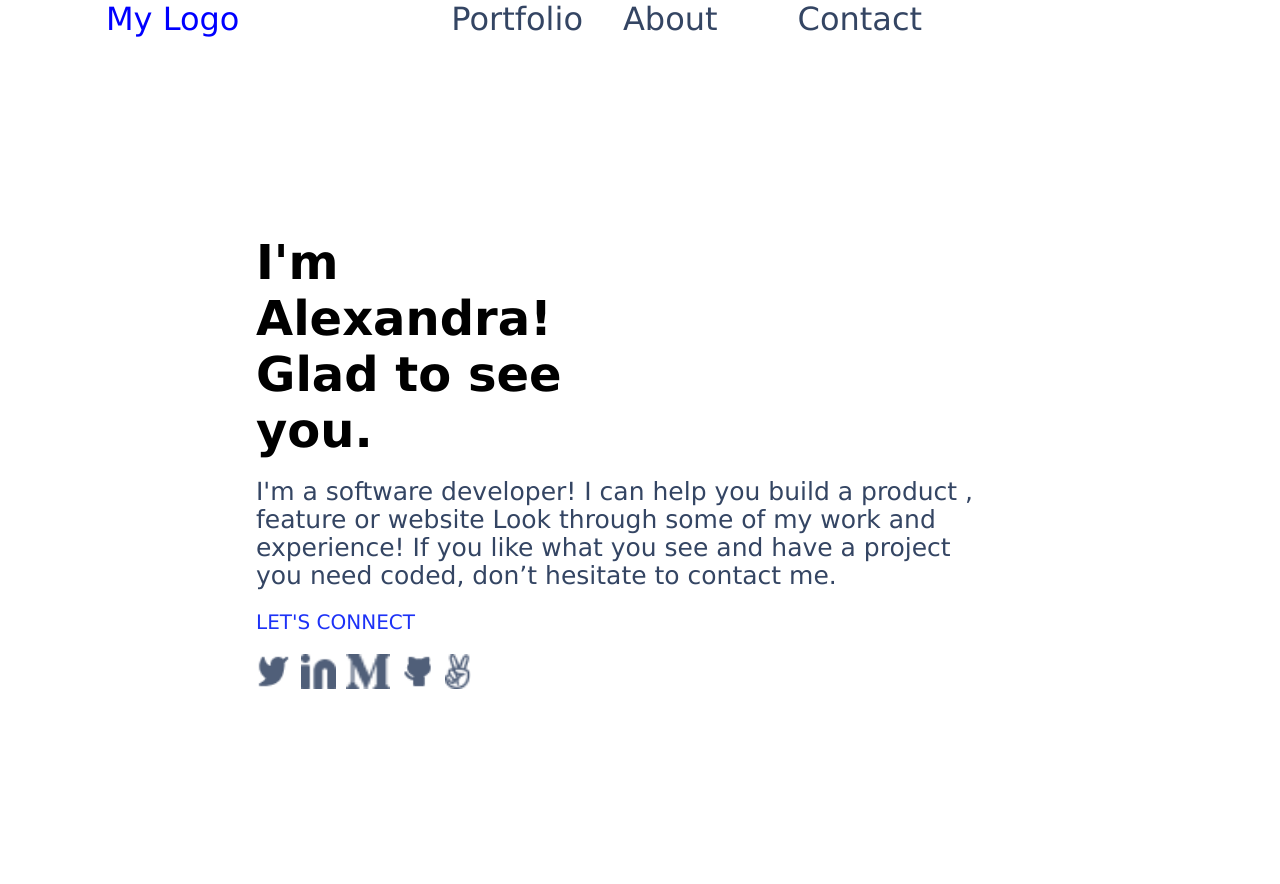
Repository: usman3123/portfolio-template-3
Page: portfolio.html
The author's editor kept a copy of each file at every save. The page is drawn from the files as they stood at one save, then again after the next save.
The browser window is 1280 px wide. The pictures show the whole page.
Some web libraries are served in a nearby version.

Above is the page before, as saved 2025-01-22 10:12:56.

### portfolio.html
<!DOCTYPE html>
<html lang="en">
<head>
  <meta charset="UTF-8">
  <meta name="viewport" content="width=device-width, initial-scale=1.0">
  <title>project 2</title>
  <link rel="stylesheet" href="style.css">
  <link href='https://unpkg.com/boxicons@2.1.4/css/boxicons.min.css' rel='stylesheet'>
  <link rel="stylesheet" href="https://cdnjs.cloudflare.com/ajax/libs/font-awesome/6.6.0/css/all.min.css" integrity="sha512-Kc323vGBEqzTmouAECnVceyQqyqdsSiqLQISBL29aUW4U/M7pSPA/gEUZQqv1cwx4OnYxTxve5UMg5GT6L4JJg==" crossorigin="anonymous" referrerpolicy="no-referrer" />
  <link rel="stylesheet" href="https://cdnjs.cloudflare.com/ajax/libs/font-awesome/6.6.0/css/all.min.css" integrity="sha512-Kc323vGBEqzTmouAECnVceyQqyqdsSiqLQISBL29aUW4U/M7pSPA/gEUZQqv1cwx4OnYxTxve5UMg5GT6L4JJg==" crossorigin="anonymous" referrerpolicy="no-referrer" />

  <link rel="stylesheet" href="https://cdnjs.cloudflare.com/ajax/libs/font-awesome/6.7.2/css/all.min.css">
  <link rel="preconnect" href="https://fonts.googleapis.com">
<link rel="preconnect" href="https://fonts.gstatic.com" crossorigin>
<link href="https://fonts.googleapis.com/css2?family=Poppins:ital,wght@0,100;0,200;0,300;0,400;0,500;0,600;0,700;0,800;0,900;1,100;1,200;1,300;1,400;1,500;1,600;1,700;1,800;1,900&display=swap" rel="stylesheet">
</head>

<body>

  <!-- Navbar -->

  <nav class="navbar flex">
    <p class="mainlogoo">My Logo</p>
    <div class="nav-links flex">
      <a href="#myportfolio" style="text-decoration: none;" class="link">Portfolio</a>
      <a href="#myabout" style="text-decoration: none;" class="link">About<a>
      <a href="#mycontact" style="text-decoration: none;" class="link">Contact<a>
    </div>
    <i class="fa-sharp fa-light fa-bars" id="menu-icon" style="color: #0860f7;"></i>
  </nav>

  <!-- Main Content -->

   <main>



  <section id="myportfolio" class="hero-section flex">
    <div class="hero-content flex">
        <h1 class="hero-head"> I'm Alexandra!
          Glad to see you.
      </h1>
      <p class="hero-p">
         I'm a software developer! I can help you build a product , feature or website Look through  some of my work and experience! If you like what you see and have a project you need coded, don’t hesitate to contact me.
      </p>
     <p class="let-connect"> LET'S CONNECT</p>

      <div class="icons flex">
          <img src="/assets/twitter.png" class="media-icon">
          <img src="assets/Linkedin.png" class="media-icon">
          <img src="assets/M.png" class="media-icon">
          <img src="assets/Github.png" class="media-icon">
          <img src="assets/V.png" class="media-icon">
      </div>
    </div>
  </section>

  <!-- Cards Section -->

  <!-- <section class="cards flex">
  </section>

  <div class="page">
    </div>
     -->


   <!-- ABOUT MYSELF -->

  <!-- <section id="myabout" class="about flex">

    <div class="about-intro flex">
      <h1 style="font-size: 40px;">About Myself</h1>
      <p class="about-paragraph">Hello I'm a software developer! I can help you build a product , feature or website Look through some of my work and experience! If you like what you see and have a project you need coded, don't hesitate to contact me.</p>
        <p class="let-connect">Let's Connect</p>
        <div class="icons flex icon-gap">
          <img src="assets/twitter.png" class="twitter">
          <img src="assets/Linkedin.png" class="inimage">
          <img src="assets/M.png" class="mimage">
          <img src="assets/Github.png" class="tomimage">
          <img src="assets/V.png" class="protocol">
      </div>
      <button class="button rsm-btn"> Get my resume</button>
    </div>

    <div class="about-skills flex">
      <div class="about-all flex">
        <p>Languages</p>
        <i class='bx bx-chevron-down'></i>
      </div>
      <div class="about-lang flex">
        <div class="about-lang-img flex">
          <i class="fa-brands fa-js" style="color: #ff0000;"></i>
          <p>JavaScript</p>
        </div>
        <div class="about-lang-img flex">
          <i class="fa-brands fa-html5" style="color: #FFD43B;"></i>
          <p>Html</p>

        </div>
        <div class="about-lang-img flex">
          <i class="fa-brands fa-css3-alt" style="color: #74C0FC;"></i>
          <p>css</p>
        </div>
      </div>
      <div class="about-all flex">
        <p> Frameworks</p>
        <i class='bx bx-chevron-right'></i>
      </div>
      <div class="about-all flex">
        <p>Skills</p>
        <i class='bx bx-chevron-right'></i>
        </div>
        </div>
        <div class="contact-section flex">
            <h4 class="contact-paragraph">I'm always interested in hearing about new projects, so if you'd like to chat please get in touch.</h4>
            <form action="submit-form" class="contact-form flex">
                <div class="names flex">
                    <input type="text" placeholder="Full name" class="first-name">
                    <input type="text" placeholder="last name" class="last-name">
      </div>
        <div class="contact-section flex">
            <h4 class="contact-paragraph">I'm always interested in hearing about new projects, so if you'd like to chat please get in touch.</h4>
            <form action="submit-form" class="contact-form flex">
                <div class="names flex">
                    <input type="text" placeholder="Full name" class="first-name">
                    <input type="text" placeholder="last name" class="last-name">
    </div>
  </section> -->

  <!-- Contact section -->

  <!-- <section id="mycontact" class="contact-section">
    <h1 class="contact-heading">Contact Me</h1>
    <p class="contact-description">
        If you have an application you are interested in developing, a feature that you need built, or a project that needs coding, I'd love to help with it!
    </p>
    <form class="contact-form">
        <input class="form-input" type="text" placeholder="Your Name">
        <input class="form-input" type="email" placeholder="Your Email">
        <textarea class="form-message" placeholder="Write your message here..."></textarea>
        <button class="form-button">Get in Touch</button>
    </form>

</section>

</main> -->

<script src="index.js"></script>
</body>
</html>

### style.css
*{
    margin: 0;
    padding: 0;
    box-sizing: border-box;
}
body {
    font-family: Verdana, Geneva, Tahoma, sans-serif;
}
.flex {
    display: flex;
}
.navbar {
    justify-content: space-around;
}
.mainlogoo {
    font-size: 2rem;
    color: blue;
}
.nav-links {
    gap: 40px;
    font-size: 2rem;
}
.link {
    color: #344563;
}
#menu-icon {
    display: none !important;
}
.hero-section {
    height: 846px;
    align-items: center;
    justify-content: center;
    padding-left: 20%;
}
.hero-content {
    flex-direction: column;
    gap: 20px;
}
.hero-head {
    font-size: 48px;
    font-weight: 700;
    width: 35%;
}
.hero-p {
    font-size: 25px;
    line-height: 28px;
    color: #344563;

    width: 73%;
}
.let-connect {
    color: #1d32f7;
    font-size: 20px;
    font-weight: 500;
    line-height: 24px;
}
.media-icon {
    height: 35px;
}
.icons {
    gap: 10px;
}

Loaded but not shown: index.js (no copy from this time; the picture is the same without it)

After the next save:
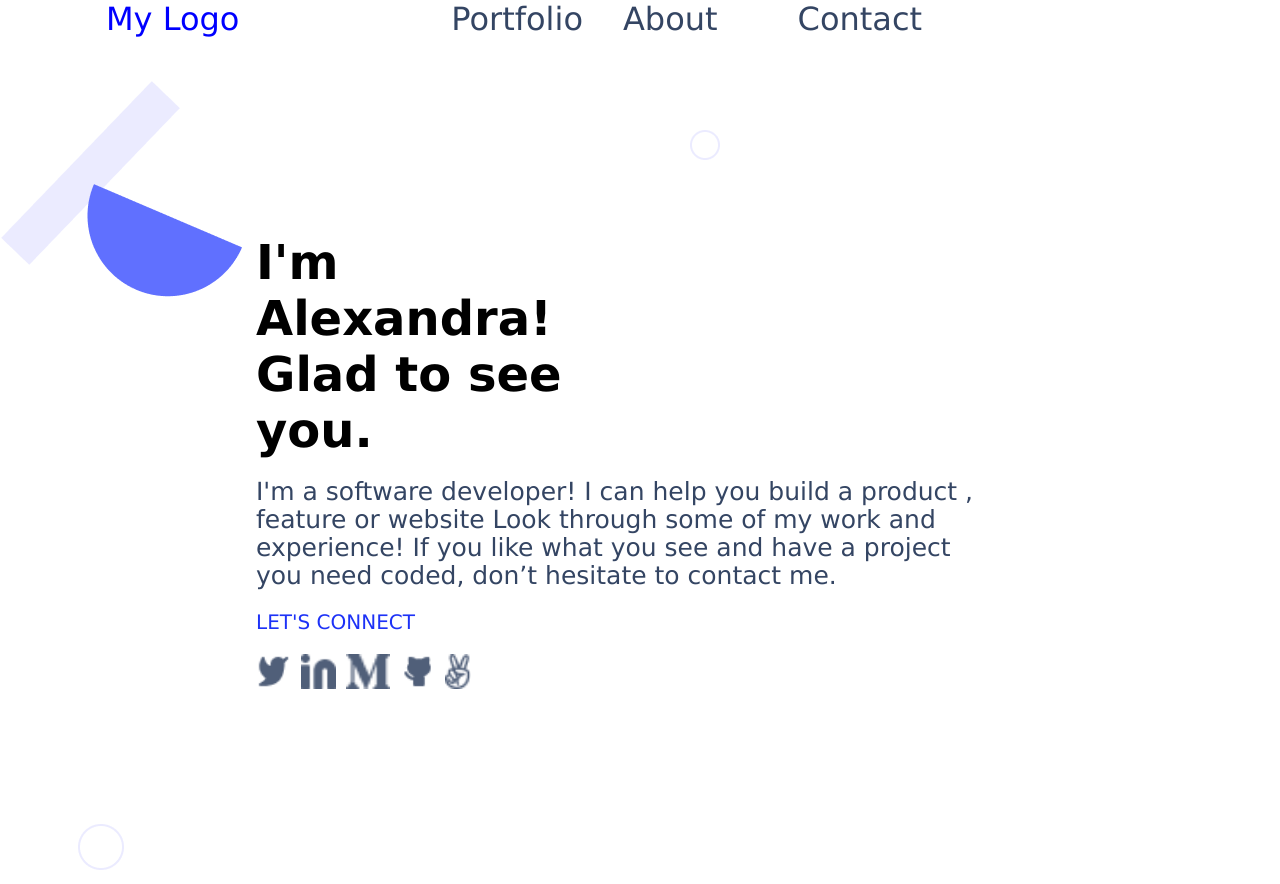
Saved 4 min 36 s later.
--- a/style.css
+++ b/style.css
@@ -31,6 +31,7 @@ body {
     align-items: center;
     justify-content: center;
     padding-left: 20%;
+    background-image: url(/assets/Header\ bg@2x.png);
 }
 .hero-content {
     flex-direction: column;
